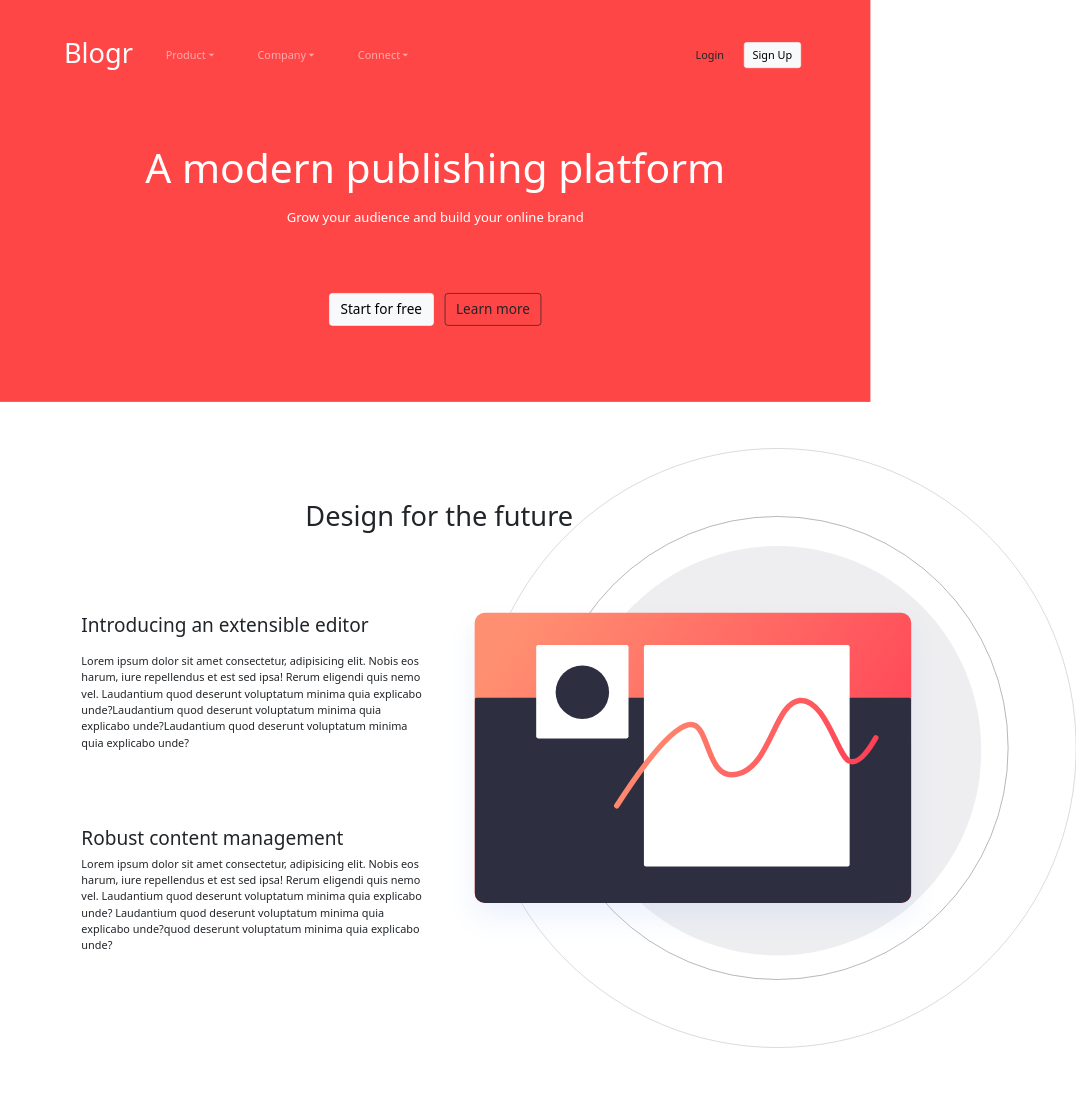
Repository: badhon252/blogr-landing-page
Page: /
An editor plug-in stored every save of this project. The page is shown before and after the next save, followed by the edit.
The browser window is 1280 px wide. The page is 1583 px wide, so the pictures cover 1583 px, including what lies to the right of the window. The pictures show the whole page, at 68% of full size.
The project was rebuilt for these pictures with package versions that can differ from the ones it lists, and the page was loaded fresh each time.

Above is the page before, as saved 2022-01-18 19:06:37.

### public/index.html
<!DOCTYPE html>
<html lang="en">

<head>
  <meta charset="utf-8" />
  <link rel="icon" href="%PUBLIC_URL%/favicon.ico" />
  <meta name="viewport" content="width=device-width, initial-scale=1" />
  <meta name="theme-color" content="#000000" />
  <meta name="description" content="Web site created using create-react-app" />
  <link rel="apple-touch-icon" href="%PUBLIC_URL%/logo192.png" />

  <link rel="manifest" href="%PUBLIC_URL%/manifest.json" />
  <!-- Bootstrap css  -->
  <link href="https://cdn.jsdelivr.net/npm/bootstrap@5.1.3/dist/css/bootstrap.min.css" rel="stylesheet"
    integrity="sha384-1BmE4kWBq78iYhFldvKuhfTAU6auU8tT94WrHftjDbrCEXSU1oBoqyl2QvZ6jIW3" crossorigin="anonymous">


  <title>Blogr</title>
</head>

<body>
  <noscript>You need to enable JavaScript to run this app.</noscript>
  <div id="root"></div>

  <!-- Bootstrap js  -->
  <script src="https://cdn.jsdelivr.net/npm/bootstrap@5.1.3/dist/js/bootstrap.bundle.min.js"
    integrity="sha384-ka7Sk0Gln4gmtz2MlQnikT1wXgYsOg+OMhuP+IlRH9sENBO0LRn5q+8nbTov4+1p"
    crossorigin="anonymous"></script>

</body>

</html>

### src/App.js
import Maincomp from "./components/MainComp";

function App() {
  return (
    <div className="App">
      <Maincomp />
    </div>
  );
}

export default App;

### src/components/MainComp.js
import React from "react";
import Header from "./Header/Header";
import Intro from "./Intro/Intro";

const Maincomp = () => {
  return (
    <div>
      <Header />
      <Intro />
    </div>
  );
};

export default Maincomp;

### src/components/Header/Header.js
import React from "react";
import Nav from "./Nav";
import "../styles/index.css";
import HeaderContent from "./HeaderContent";

export default function Header() {
  return (
    <div className="header">
      <div className="container">
        <Nav />
        <HeaderContent />
      </div>
    </div>
  );
}

### src/components/Intro/Intro.js
import React from "react";
import MobileLogo from "../../images/illustration-editor-desktop.svg";
import "../styles/index.css";

export default function Intro() {
  return (
    <div>
      <div className="row ms-auto py-5 my-5">
        <h1 className="intro-h1 py-5">Design for the future</h1>
        <div className="col-md-1"></div>
        <div className="col-md-5">
          <div className=" py-5">
            <h3 className="py-3">Introducing an extensible editor</h3>
            <p>
              Lorem ipsum dolor sit amet consectetur, adipisicing elit. Nobis
              eos harum, iure repellendus et est sed ipsa! Rerum eligendi quis
              nemo vel. Laudantium quod deserunt voluptatum minima quia
              explicabo unde?Laudantium quod deserunt voluptatum minima quia
              explicabo unde?Laudantium quod deserunt voluptatum minima quia
              explicabo unde?
            </p>
          </div>
          <div className="py-5">
            <h3>Robust content management</h3>
            <p>
              Lorem ipsum dolor sit amet consectetur, adipisicing elit. Nobis
              eos harum, iure repellendus et est sed ipsa! Rerum eligendi quis
              nemo vel. Laudantium quod deserunt voluptatum minima quia
              explicabo unde? Laudantium quod deserunt voluptatum minima quia
              explicabo unde?quod deserunt voluptatum minima quia explicabo
              unde?
            </p>
          </div>
        </div>
        <div className="col-md-6 intro-img">
          <img src={MobileLogo} alt="This is MobileLogo svg img"></img>
          <div></div>
        </div>
      </div>
    </div>
  );
}

### src/components/Header/Nav.js
import React from "react";
import "../styles/index.css";
const Nav = () => {
  return (
    <div>
      <nav className="navbar navbar-expand-lg navbar-dark py-5">
        <div className="container-fluid">
          <a className="navbar-brand" href="/">
            <h1>Blogr</h1>
          </a>
          <button
            className="navbar-toggler"
            type="button"
            data-bs-toggle="collapse"
            data-bs-target="#navbarSupportedContent"
            aria-controls="navbarSupportedContent"
            aria-expanded="false"
            aria-label="Toggle navigation"
          >
            <span className="navbar-toggler-icon"></span>
          </button>
          <div className="collapse navbar-collapse" id="navbarSupportedContent">
            <ul className="navbar-nav mb-2 mb-lg-0">
              <li className="nav-item dropdown px-4">
                <a
                  className="nav-link dropdown-toggle"
                  href="/"
                  id="navbarDropdown"
                  role="button"
                  data-bs-toggle="dropdown"
                  aria-expanded="false"
                >
                  Product
                </a>
                <ul className="dropdown-menu" aria-labelledby="navbarDropdown">
                  <li>
                    <a className="dropdown-item" href="/">
                      Action
                    </a>
                  </li>
                  <li>
                    <a className="dropdown-item" href="/">
                      Another action
                    </a>
                  </li>
                  <li>
                    <hr className="dropdown-divider" />
                  </li>
                  <li>
                    <a className="dropdown-item" href="/">
                      Something else here
                    </a>
                  </li>
                </ul>
              </li>{" "}
              <li className="nav-item dropdown px-4">
                <a
                  className="nav-link dropdown-toggle"
                  href="/"
                  id="navbarDropdown"
                  role="button"
                  data-bs-toggle="dropdown"
                  aria-expanded="false"
                >
                  Company
                </a>
                <ul className="dropdown-menu" aria-labelledby="navbarDropdown">
                  <li>
                    <a className="dropdown-item" href="/">
                      Action
                    </a>
                  </li>
                  <li>
                    <a className="dropdown-item" href="/">
                      Another action
                    </a>
                  </li>
                  <li>
                    <hr className="dropdown-divider" />
                  </li>
                  <li>
                    <a className="dropdown-item" href="/">
                      Something else here
                    </a>
                  </li>
                </ul>
              </li>{" "}
              <li className="nav-item dropdown px-4">
                <a
                  className="nav-link dropdown-toggle"
                  href="/"
                  id="navbarDropdown"
                  role="button"
                  data-bs-toggle="dropdown"
                  aria-expanded="false"
                >
                  Connect
                </a>
                <ul className="dropdown-menu" aria-labelledby="navbarDropdown">
                  <li>
                    <a className="dropdown-item" href="/">
                      Action
                    </a>
                  </li>
                  <li>
                    <a className="dropdown-item" href="/">
                      Another action
                    </a>
                  </li>
                  <li>
                    <hr className="dropdown-divider" />
                  </li>
                  <li>
                    <a className="dropdown-item" href="/">
                      Something else here
                    </a>
                  </li>
                </ul>
              </li>
            </ul>
            {/* login & sign-up */}
            <ul className="navbar-nav ms-auto">
              <li className="nav-login">
                <a className="nav-link" href="/">
                  <button type="button" class="btn">
                    Login
                  </button>
                </a>
              </li>{" "}
              <li className="nav-signup">
                <a className="nav-link" href="/">
                  <button type="button" class="btn btn-light">
                    Sign Up
                  </button>
                </a>
              </li>
            </ul>
          </div>
        </div>
      </nav>
    </div>
  );
};

export default Nav;

### src/components/styles/index.css
.header {
  background-color: rgb(255, 70, 70);
  color: rgb(255, 255, 255);
  /* clip-path: circle(73.8% at 63% 38%); */
}
/* .header-nav {
  color: #fff;

} */
/* .singup,
.login {
  color: aliceblue;
} */

.header-param {
  text-align: center;
}
.header-param h1 {
  font-size: 60px;
}
.header-param p {
  font-size: 1.2rem;
}
/* .header-param .h-btn {
  -webkit-border-radius: 28;
  -moz-border-radius: 28;
  border-radius: 28px;
  font-family: Arial;
  color: #000000;
  font-size: 20px;
  background: #f5f5f5;
  padding: 10px 20px 10px 20px;
  text-decoration: none;
} */

/* Intro ======= */
.intro-h1 {
  text-align: center;
}
.intro-img {
  max-width: 100%;
  margin-top: -180px;
}

### src/components/Header/HeaderContent.js
import React from "react";
import "../styles/index.css";
export default function HeaderContent() {
  return (
    <div>
      <div className="py-5 header-param">
        <h1 className="">A modern publishing platform</h1>
        <p className="header-p py-3 ">
          Grow your audience and build your online brand
        </p>
        {/* btn  */}
        <div className="px-5 py-5">
          <button type="button" class="btn btn-lg btn-light me-3 my-3">
            Start for free
          </button>
          <button type="button" class="btn btn-lg btn-outline-dark">
            Learn more
          </button>
        </div>
      </div>
    </div>
  );
}

Loaded but not shown: src/index.js (common file); src/reportWebVitals.js (common file)

After the next save:
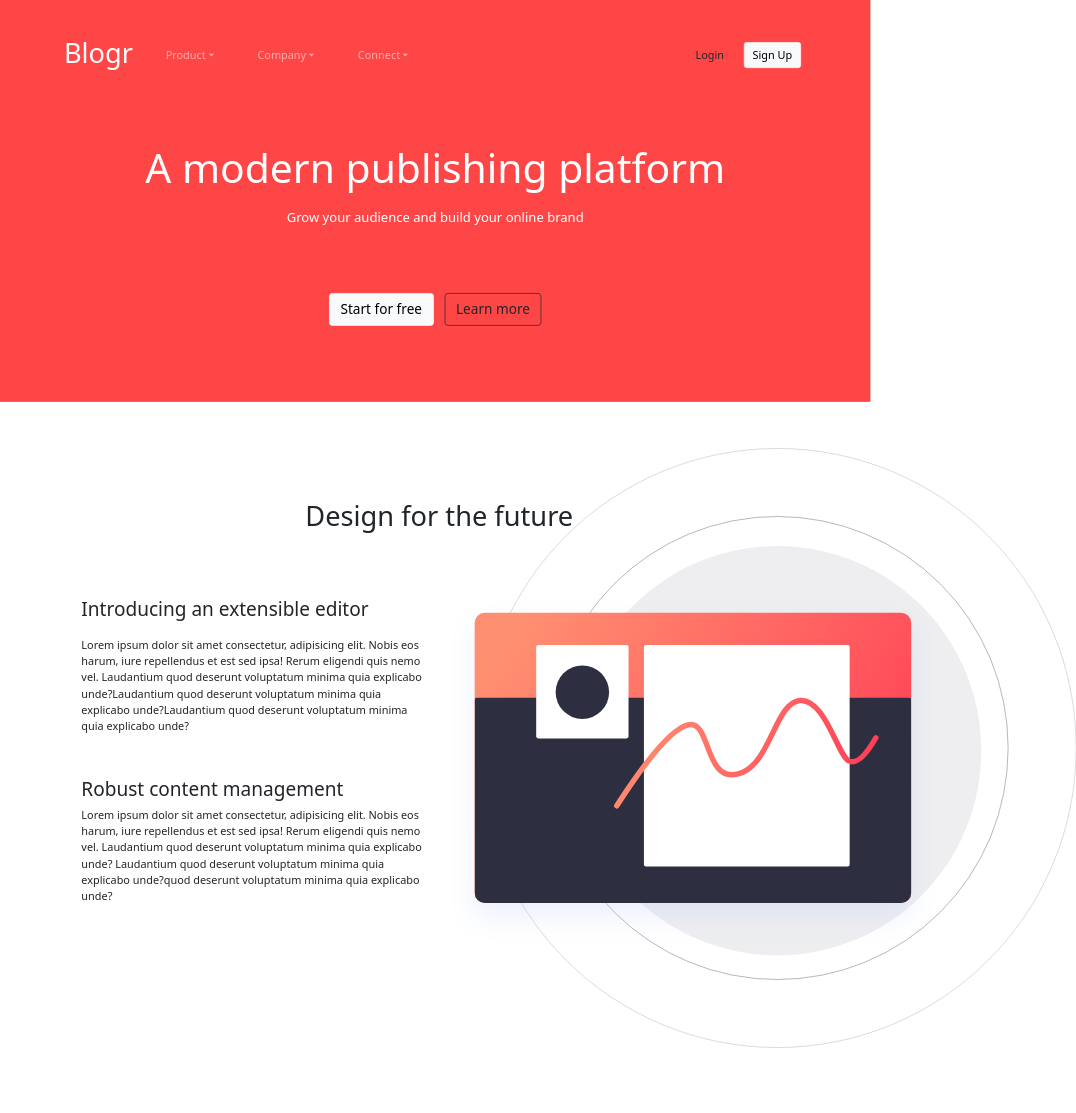
Saved 36 s later.
--- a/src/components/Intro/Intro.js
+++ b/src/components/Intro/Intro.js
@@ -9,7 +9,7 @@
         <h1 className="intro-h1 py-5">Design for the future</h1>
         <div className="col-md-1"></div>
         <div className="col-md-5">
-          <div className=" py-5">
+          <div className=" py-4">
             <h3 className="py-3">Introducing an extensible editor</h3>
             <p>
               Lorem ipsum dolor sit amet consectetur, adipisicing elit. Nobis
@@ -20,7 +20,7 @@
               explicabo unde?
             </p>
           </div>
-          <div className="py-5">
+          <div className="py-4">
             <h3>Robust content management</h3>
             <p>
               Lorem ipsum dolor sit amet consectetur, adipisicing elit. Nobis

After the save that followed:
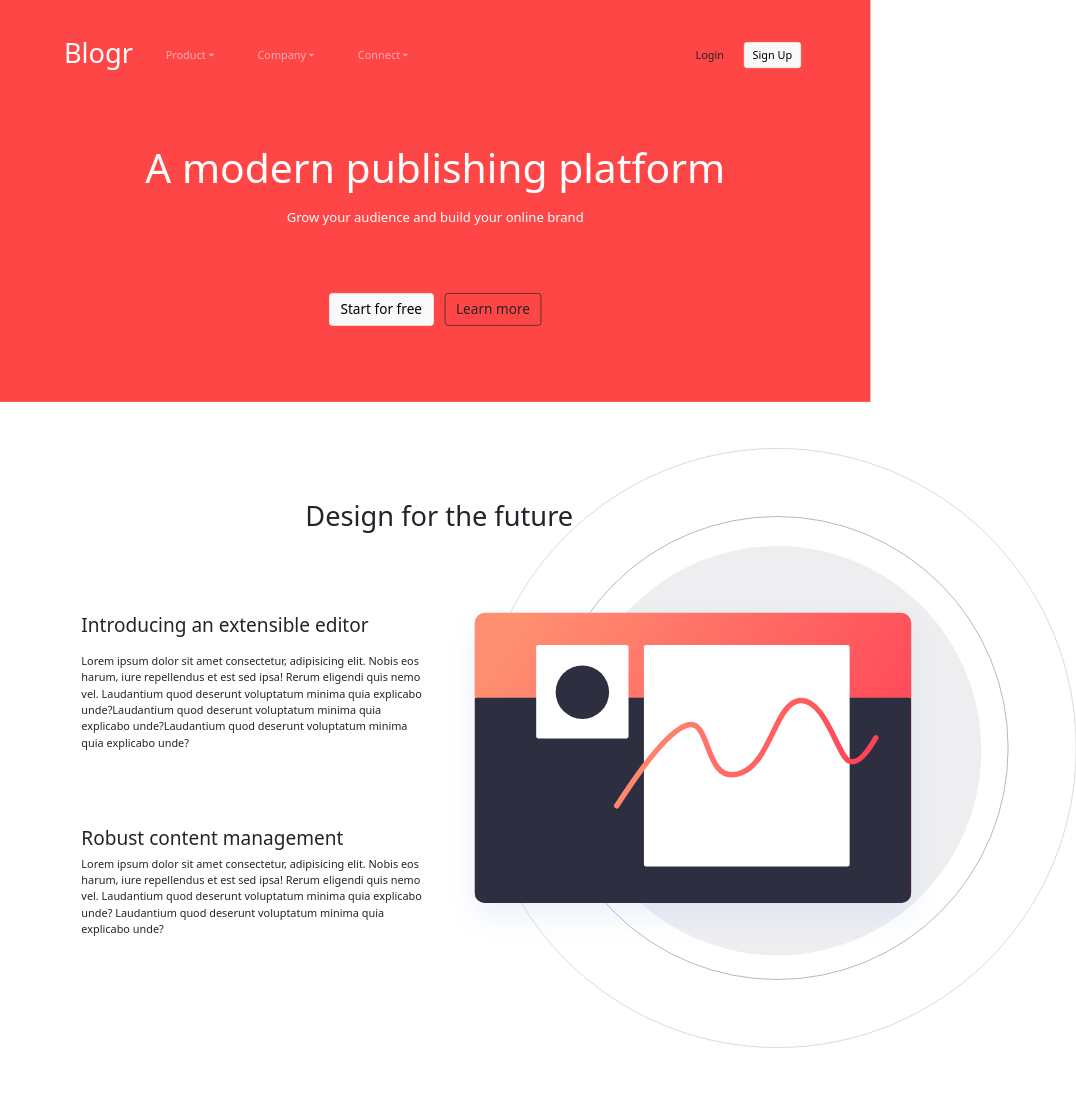
Saved 87 s later.
--- a/src/components/Intro/Intro.js
+++ b/src/components/Intro/Intro.js
@@ -9,7 +9,7 @@
         <h1 className="intro-h1 py-5">Design for the future</h1>
         <div className="col-md-1"></div>
         <div className="col-md-5">
-          <div className=" py-4">
+          <div className=" py-5">
             <h3 className="py-3">Introducing an extensible editor</h3>
             <p>
               Lorem ipsum dolor sit amet consectetur, adipisicing elit. Nobis
@@ -20,15 +20,14 @@
               explicabo unde?
             </p>
           </div>
-          <div className="py-4">
+          <div className="py-5">
             <h3>Robust content management</h3>
             <p>
               Lorem ipsum dolor sit amet consectetur, adipisicing elit. Nobis
               eos harum, iure repellendus et est sed ipsa! Rerum eligendi quis
               nemo vel. Laudantium quod deserunt voluptatum minima quia
               explicabo unde? Laudantium quod deserunt voluptatum minima quia
-              explicabo unde?quod deserunt voluptatum minima quia explicabo
-              unde?
+              explicabo unde?
             </p>
           </div>
         </div>
